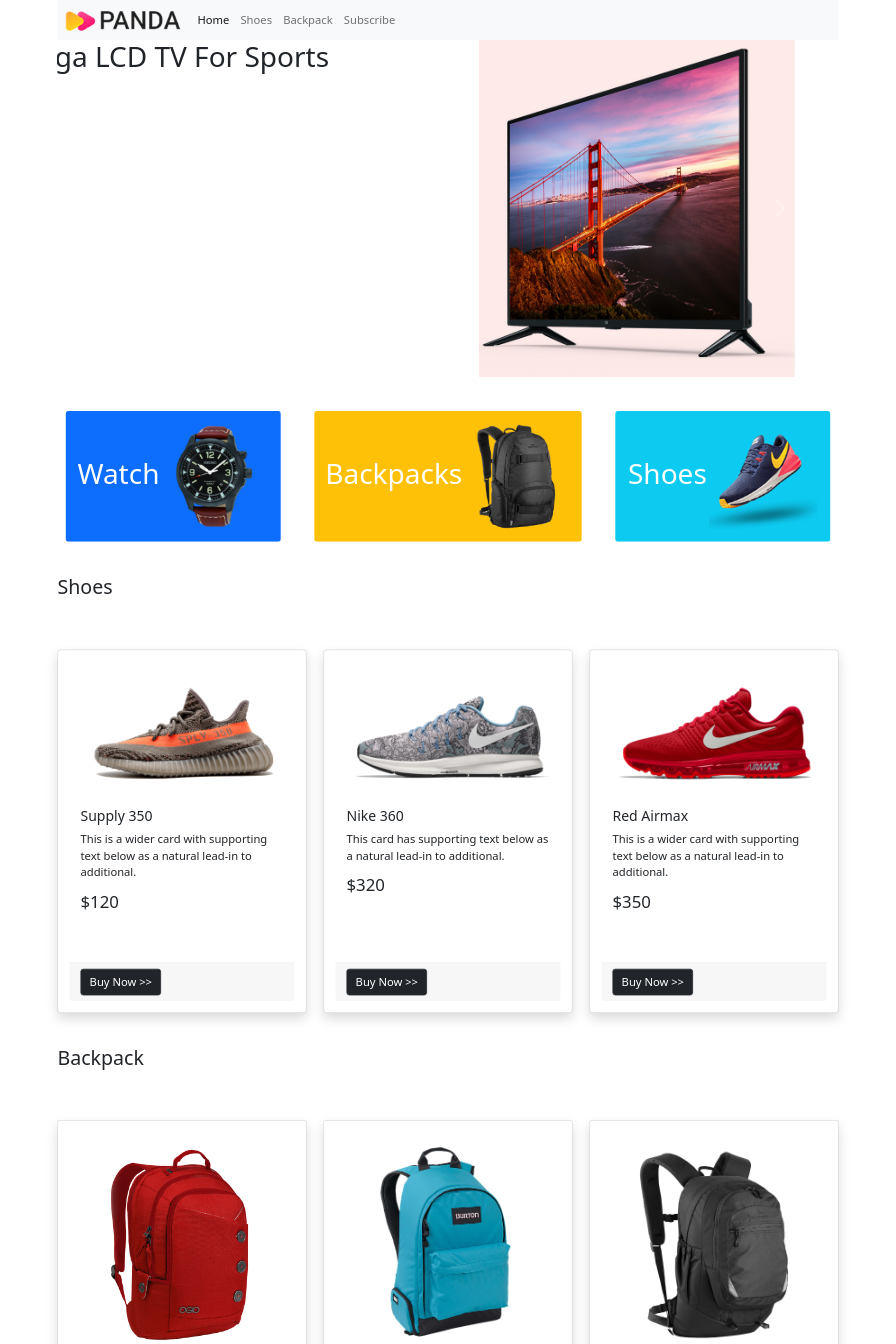
Repository: omarhasnain/panda-commerce-bootstrap
Page: index.html
These files come from the project's save history. The page is drawn as it stood at one moment and after the next save; the edit follows.
The browser window is 1280 px wide. The pictures show the part of the page from y = 0 to 1920 px (the page is 2624 px tall), at 70% of full size.

Above is the page before, as saved 2021-01-14 17:58:37.

After the next save:
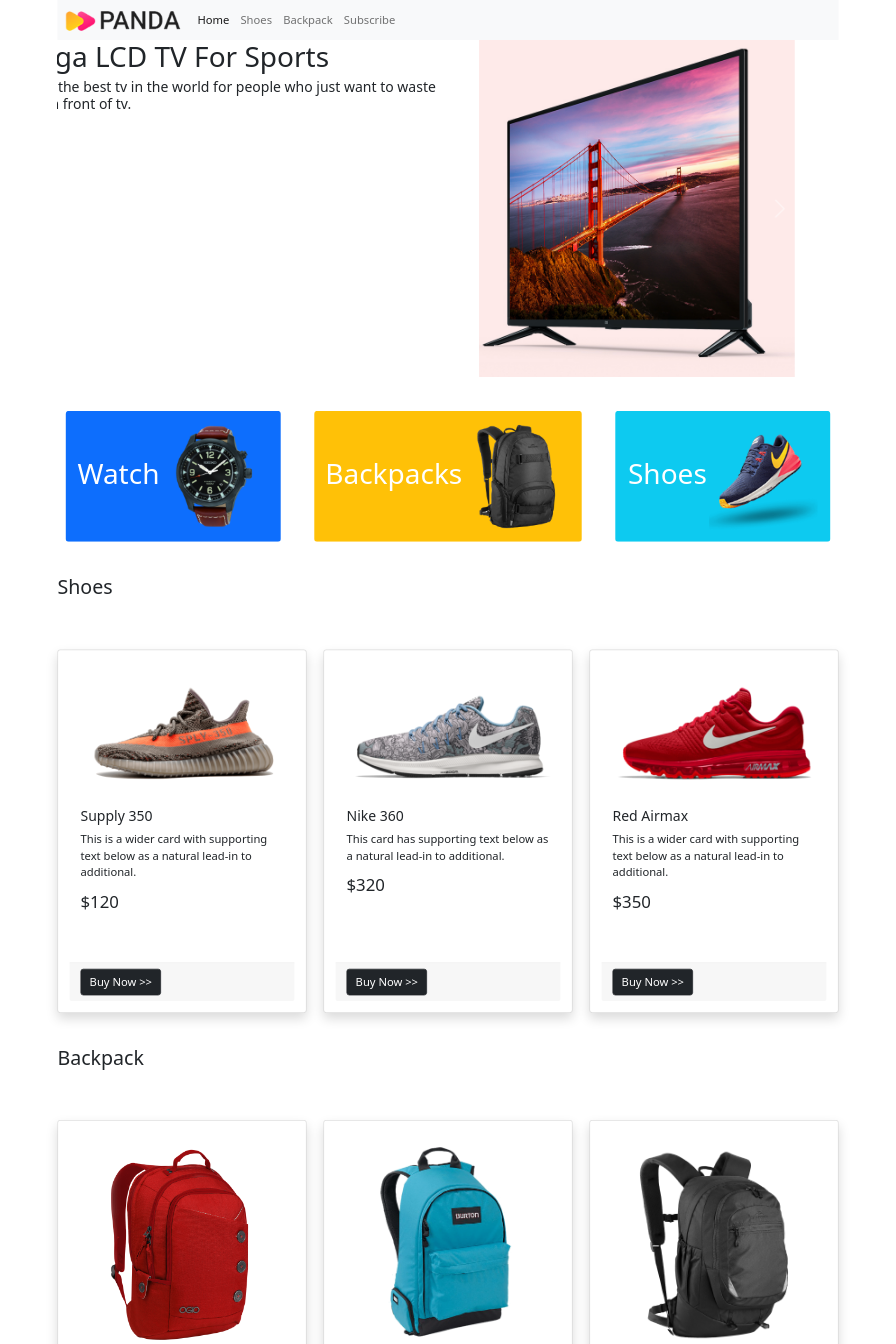
Saved 42 s later.
--- a/index.html
+++ b/index.html
@@ -32,6 +32,7 @@
                    <div class="row">
                        <div class="col-md-7">
                            <h1>Mega LCD TV For Sports</h1>
+                           <h5>This is the best tv in the world for people who just want to waste time in front of tv.</h5>
                        </div>
                        <div class="col-md-5">
                         <img src="images/banner-images/tv.png" class="d-block w-100" alt="...">
